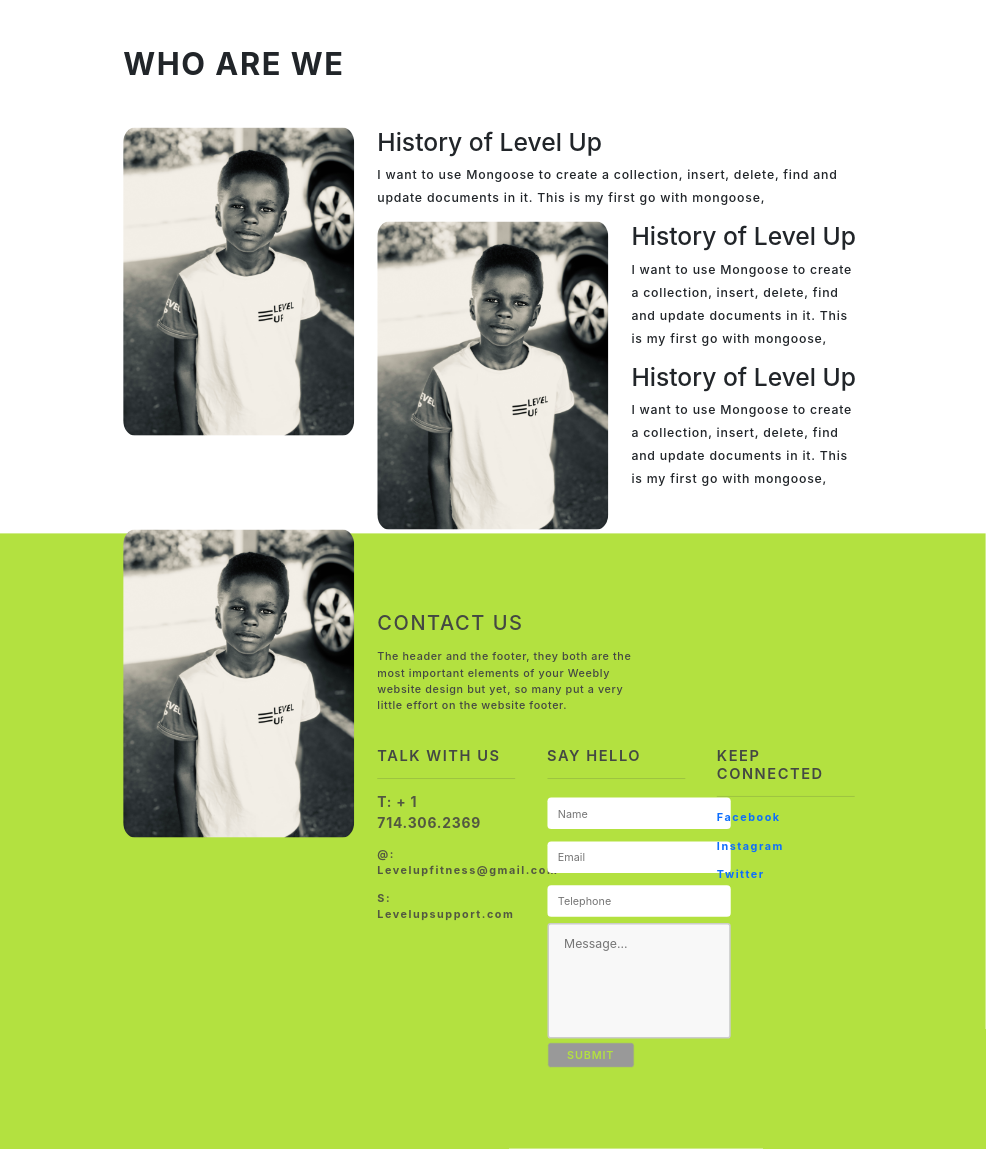
Repository: Bojurie/Level-up
Page: /about (app in client/)
The author's editor kept a copy of each file at every save. The page is drawn from the files as they stood at one save, then again after the next save.
The browser window is 1280 px wide. The pictures show the part of the page from y = 314 to 1859 px (the page is 1806 px tall before and 1859 px after), at 77% of full size.
Some web fonts or font styles are not loaded; a fallback is used. Some web libraries are served in a nearby version. The project was rebuilt for these pictures with package versions that can differ from the ones it lists, and the page was loaded fresh each time. Also part of the build but not shown: client/src/components/Carousel.js, client/src/components/HomeVlog.css, client/src/components/HomeVlog.js, client/src/components/homeProducts.css, client/src/components/HomeProducts.js, client/src/components/Card.js, client/src/components/HomeShop.css, client/src/components/HomeShop.js and 10 more. Imported but missing from the stored project, and not drawn on this page: client/src/components/Chart.

Above is the page before, as saved 2022-11-30 06:57:47.

### client/public/index.html
<!DOCTYPE html>
<html lang="en">
  <head>
    <meta charset="utf-8" />
    <link rel="icon" href="%PUBLIC_URL%/favicon.ico" />
    <meta name="viewport" content="width=device-width, initial-scale=1" />
    <meta name="theme-color" content="#000000" />
    <meta
      name="description"
      content="Web site created using create-react-app"
    />
    <link rel="apple-touch-icon" href="%PUBLIC_URL%/logo192.png" />
    <link rel="manifest" href="%PUBLIC_URL%/manifest.json" />

    <link rel="preconnect" href="https://fonts.googleapis.com" />
    <link rel="preconnect" href="https://fonts.gstatic.com" crossorigin />
    <link
      href="https://fonts.googleapis.com/css2?family=Asap+Condensed:ital,wght@0,400;0,500;1,400&family=Chivo:wght@300;400&family=Jura:wght@300;400;500;600;700&family=Lato:ital,wght@0,400;0,700;1,400&family=Nunito+Sans:wght@400;600&family=Oswald:wght@300;500;700&family=Playball&family=Roboto:ital,wght@0,400;0,500;1,500&family=Wallpoet&display=swap"
      rel="stylesheet"
    />

    <link
      rel="stylesheet"
      href="https://cdn.jsdelivr.net/npm/bootstrap@5.1.3/dist/css/bootstrap.min.css"
      integrity="sha384-1BmE4kWBq78iYhFldvKuhfTAU6auU8tT94WrHftjDbrCEXSU1oBoqyl2QvZ6jIW3"
      crossorigin="anonymous"
    />
    <script
      src="https://kit.fontawesome.com/5ffdb52964.js"
      crossorigin="anonymous"
    ></script>
    <title>React App</title>
    <script
      src="https://kit.fontawesome.com/5ffdb52964.js"
      crossorigin="anonymous"
    ></script>
  </head>
  <body>
    <noscript>You need to enable JavaScript to run this app.</noscript>
    <div id="root"></div>
    <!--
      This HTML file is a template.
      If you open it directly in the browser, you will see an empty page.

      You can add webfonts, meta tags, or analytics to this file.
      The build step will place the bundled scripts into the <body> tag.

      To begin the development, run `npm start` or `yarn start`.
      To create a production bundle, use `npm run build` or `yarn build`.
    -->
  </body>
</html>

### client/src/App.js
import React from 'react';
// import { BrowserRouter as Router, Route, Routes } from 'react-router-dom';
import { BrowserRouter as Router, Route, Routes} from 'react-router-dom'


import Home from './pages/Home';
import About from './pages/About';
import Shop from './pages/Shop';
import Contact from './pages/Contact';
import Navbar from './components/Navbar';
import Footer from './components/Footer';
import LogIn from './pages/LogIn';
import Register from './pages/Register';
import Chart from './components/Chart';
import Vlog from './pages/Vlog';

import {DataProvider} from './components/Context'


function App() {

  return (
        <Router>
          <DataProvider>
          <Navbar />
          <Routes>
              <Route path='/' element={<Home />} />
              <Route path='/about' element={<About />} />
              <Route path='/contact' element={<Contact />} />
              <Route path='/shop' element={<Shop />} />
              <Route path='/vlog' element={<Vlog />} />
              <Route path='/login' element={<LogIn/>} />
              <Route path='/register' element={<Register />} />
              <Route path='/chart' element={<Chart/>} />
          </Routes>
          <Footer />
          </DataProvider>
        </Router>
  );
}

export default App;

### client/src/pages/About.js
import React from 'react';
import './About.css';

import DarkImage from '../images/IMG_5367.jpg'
import { FormTitle } from '../components/FormTitle';
const imgse = DarkImage;

const About = () => {

  return (
    <div className='about'>
    <FormTitle className="sign-in-form__title" />
      <div className=''>
          <div className='aboutContainer'>
            <h1> Who Are We </h1>
            <div className='aboutContent'>
              <div className='aboutParagraph'>
                <div className='AboutUs-content'>
                    <div className='AboutHistory'>
                        <div className='history-img'>
                            <img src={imgse} alt='img'/>
                        </div>
                        <div className='history-content'>
                          <h2>History of Level Up</h2>
                          <p>I want to use Mongoose to create a collection, insert, delete, find and update documents in it. This is my first go with mongoose,</p>
                        </div>
                    </div>
                    <div className='AboutGoal'>
                        <div className='history-img'>
                            <img src={imgse} alt='img'/>
                        </div>
                        <div className='history-content'>
                          <h2>History of Level Up</h2>
                          <p>I want to use Mongoose to create a collection, insert, delete, find and update documents in it. This is my first go with mongoose,</p>
                        </div>
                    </div>
                    <div className='Aboutproduct'>
                        <div className='history-img'>
                            <img src={imgse} alt='img'/>
                        </div>
                        <div className='history-content'>
                          <h2>History of Level Up</h2>
                          <p>I want to use Mongoose to create a collection, insert, delete, find and update documents in it. This is my first go with mongoose,</p>
                        </div>
                    </div>

                </div>



              </div>
            </div>
          </div>
      </div>
    </div>
  );
}

export default About;

### client/src/components/Navbar.js
import React from 'react';
import { Link } from 'react-router-dom';

import './Navbar.css'
import Logo from '../images/Logo.png'



const Navbar = () => {
  return (
    <nav className='navbar'>
      <div className='navbar-wrapper'>
        <Link to='/' className='logo'>
            <img src={Logo} alt='logo' />
        </Link>
        <ul className='navbar-links'>
            <Link to='/' >Home </Link>
            <Link to='/shop'> Shop</Link>
            <Link to='/Vlog'> V-Log</Link>
            <Link to='/about'> About</Link>
            <Link to='/contact'> Contact</Link>
            <Link to='/login'> Login </Link>
            <Link to='/register'>SignUp</Link>
            <Link to='/chart'><i class="fa-solid fa-cart-shopping"></i></Link>

        </ul>
      </div>

    </nav>
  );
}

export default Navbar;

### client/src/components/Footer.js
import React from 'react';
import { Link } from 'react-router-dom';
  import { FontAwesomeIcon } from '@fortawesome/react-fontawesome'
  import { instagram } from '@fortawesome/free-solid-svg-icons'

import './Footer.css';

const Footer = () => {
  return (
    <div className='footer'>
      <div className='footer-wrapper'>
        <div className='footer-header-wrapper'>
          <div className='footer-header'>
            <h1>Contact Us</h1>
          </div>
          <div className='footer-paragraph'>
            <p>The header and the footer, they both are the most important elements of your Weebly website design but yet, so many put a very little effort on the website footer.</p>
          </div>

        </div>
        <div className='footer-nav-content'>
            <div className='footer-navs-left'>
              <h3>Talk With Us</h3><hr/>
              <div className='footer-contact'>
                <div className='tel'>
                  <p>T: + 1 714.306.2369</p>
                </div>
                <div className='email'>
                  <p>@: Levelupfitness@gmail.com</p>
                </div>
                <div className='support'>
                  <p>S: Levelupsupport.com</p>
                </div>

              </div>

            </div>
            <div className='footer-navs-middle'>
                <h3>Say Hello</h3><hr/>
              <div className='footer-form'>

                  <form className='form'>
                    <input type='text' placeholder=' Name' />
                    <input type='text' placeholder=' Email' />
                    <input type='text' placeholder=' Telephone' />
                    <textarea placeholder='Message...' />
                  </form>
                  <div className='form-btn'>
                    <input type='submit' placeholder='' />
                  </div>

              </div>
            </div>
            <div className='footer-navs-right'>
              <h3>Keep Connected</h3><hr/>
              <div className='social-media'>
                <p><Link to='/'>Facebook</Link></p>
                <p><Link to='/'><FontAwesomeIcon icon="fa-brands fa-instagram" /> Instagram</Link></p>
                <p><Link to='/'>Twitter</Link></p>

              </div>

            </div>
        </div>


      </div>
    </div>
  );
}

export default Footer;

### client/src/components/Context.js
import React,{Component} from 'react';
export const DataContext = React.createContext();

export class DataProvider extends Component {
  constructor(props) {
    super(props)

    this.state = {
       products: [
         {
          "_id": "1",
          "title": "Level-Up Sweat Pant",
          "src": "https://images.unsplash.com/photo-1618354691373-d851c5c3a990?ixlib=rb-1.2.1&ixid=MnwxMjA3fDB8MHxwaG90by1wYWdlfHx8fGVufDB8fHx8&auto=format&fit=crop&w=658&q=80",
          "description": "Classic fit for running and outdoor activities.",
          "price": 39,
          "colors": ["red", "blue", "black"],
          "count": 2,
         },
         {
          "_id": "2",
          "title": "Kids Level-Up SweatPant",
          "src": "https://images.unsplash.com/flagged/photo-1555895312-bbc472c964f3?ixlib=rb-1.2.1&ixid=MnwxMjA3fDB8MHxwaG90by1wYWdlfHx8fGVufDB8fHx8&auto=format&fit=crop&w=388&q=80",
          "description": "Kids track sweatsuit for running or leisure activities",
          "price": 20,
          "colors": ["red", "blue", "black"],
          "count": 2,
         },
         {
          "_id": "3",
          "title": "Level Up Tank Top",
          "src": "https://images.unsplash.com/photo-1618354691373-d851c5c3a990?ixlib=rb-1.2.1&ixid=MnwxMjA3fDB8MHxwaG90by1wYWdlfHx8fGVufDB8fHx8&auto=format&fit=crop&w=658&q=80",
          "description": "description",
          "price": 20,
          "colors": ["red", "blue", "black"],
          "count": 2,
         },
         {
          "_id": "4",
          "title": "Level Up T-Shirt",
          "src": "https://images.unsplash.com/photo-1618354691373-d851c5c3a990?ixlib=rb-1.2.1&ixid=MnwxMjA3fDB8MHxwaG90by1wYWdlfHx8fGVufDB8fHx8&auto=format&fit=crop&w=658&q=80",
          "description": "description",
          "price": 20,
          "colors": ["red", "blue", "black"],
          "count": 2,
         },
         {
          "_id": "5",
          "title": "Level Up Sweater",
          "src": "https://images.unsplash.com/photo-1618354691373-d851c5c3a990?ixlib=rb-1.2.1&ixid=MnwxMjA3fDB8MHxwaG90by1wYWdlfHx8fGVufDB8fHx8&auto=format&fit=crop&w=658&q=80",
          "description": "description",
          "price": 20,
          "colors": ["red", "blue", "black"],
          "count": 2,
         },
         {
          "_id": "6",
          "title": "Level Up Embroidery Shirt",
          "src": "https://images.unsplash.com/photo-1618354691373-d851c5c3a990?ixlib=rb-1.2.1&ixid=MnwxMjA3fDB8MHxwaG90by1wYWdlfHx8fGVufDB8fHx8&auto=format&fit=crop&w=658&q=80",
          "description": "description",
          "price": 20,
          "colors": ["red", "blue", "black"],
          "count": 2,
         },
       ]
    }
  }

  render(){
    const {products} = this.state;
    return(
      <DataContext.Provider value={{products}}>
        {this.props.children}
      </DataContext.Provider>
    )
  }
}
export default DataProvider;

### client/src/pages/About.css
.aboutContainer h1 {
  padding: 20px 0 50px 0;
  text-transform: uppercase;
  font-weight: bold;
  letter-spacing: 2px;
}

.aboutContainer {
  padding: 40px 160px;
}

.aboutParagraph p {
  letter-spacing: 1px;
  line-height: 30px;
  font-weight: 500;
}

.aboutParagraph img {
 width: 300px;
  border-radius: 5%;
  float: left;
  margin: 0 30px 0 0;
}

### client/src/components/FormTitle.js
import React from "react";
import './FormTitle.css';

export function FormTitle(props) {
  const { className, text } = props;
  return <h1 className={`${className} form-title`}>{text}</h1>;
}

### client/src/components/Navbar.css
.logo img {
  width: 250px;
}

.navbar {
  padding-top: 0;
  display: contents;
}

.navbar-wrapper {
  display: flex;
  /* justify-content: center; */
  align-items: center;
  height: 90px;
  background: #b3e140;
  padding: 0 50px;
  justify-content: space-between;
}

.navbar-links {
  margin-bottom: 0;
}

.navbar-links a {
  font-size: 14px;
  letter-spacing: 2px;
  font-weight: 700;
  text-transform: capitalize;
  margin: 0 10px;
  color: rgb(68, 72, 67);

}

a {
  list-style: none;
  text-decoration: none;
}

### client/src/components/Footer.css
.footer {
  background-color: #b3e140;
      font-size: 14px;
    letter-spacing: 2px;
    font-weight: 700;

    color: rgb(68, 72, 67);
}
.footer-header h1 {
 font-size: 26px;
 text-transform: uppercase;
 letter-spacing: 2px;
}

.footer-navs {
  text-decoration: none;
  list-style-type: none;

}
.footer-navs li{
  padding: 10px 0;
  letter-spacing: 1px;
  text-transform: uppercase;
  font-weight: 600;

}
.footer-wrapper {
  padding: 100px 160px;
}

.footer-contact {



}
.footer-nav-content p {
 color: #424141db;
}
.footer-contact > .tel p{
    font-size: 18px;
    letter-spacing: 1px;

}
.footer-contact > .email p{
    font-size: 14px;
    /* letter-spacing: 2px; */
}
.footer-contact > .support p{
    font-size: 14px;
    letter-spacing: 2px;
}
.footer-paragraph {
  width: 70%;
  letter-spacing: .8px;
  font-weight: 500;
  padding: 10px 0;
}
.footer-wrapper h3{
 text-transform: uppercase;
 letter-spacing: 2px;
 font-size: 19px;
 font-weight: 600;

}

.footer-nav-content {
  display: flex;
  justify-content: space-between;
}



.footer-navs-left,
.footer-navs-middle,
.footer-navs-right{

  padding: 20px 10px 0 0;
  border-radius: 10px;
}

.footer-form {
  background-color: none !important;
}

/* footer Left section */
.footer-navs-left {
  width: 30%;
}

/* footer Middle section */
.footer-navs-middle {
 width: 30%;
}

.form {
  display: grid;
}
.form input {
  padding: 10px ;
  margin: 8px 0;
  border-radius: 5px;
  border: none;
}
.form input:focus {
  border: none;
}

.form textarea {
   width: 100%;
  height: 150px;
  padding: 12px 20px;
  box-sizing: border-box;
  border: 2px solid #ccc;
  border-radius: 4px;
  background-color: #f8f8f8;
  font-size: 16px;
  resize: none;
}
.form input:active {

  border: 1px solid rgb(241, 234, 234);

}
.form-btn {

}
.form-btn input {
     padding: 5px 25px;
    margin: 5px 0;
    border-radius: 4px;
    background-color: #999999;
    border: 1px solid  #b3e140;
    color: #b3e140;
    letter-spacing: 1.1px;
    font-weight: 600;
    text-transform: uppercase;
}

.footer-navs-right {
  width: 30%;
}

### client/src/components/Carousel.css
 .d-block {
   width: 100%;
   /* object-fit: cover; */
   /* object-position: 50% 50%; */
   /* background-size: contain;
   background-repeat: no-repeat; */
 }


 img {

   max-width: 100%;
   max-height: 100%;
   object-fit: cover;
   background-repeat: no-repeat;
 }

 .carousel-item img {
   width: 1000px;
   height: 500px;
 }

 .carousel-caption {
   top: 50%;
 }

 .carousel {
   object-fit: contain;
 }

### client/src/components/FormTitle.css
.form-title {
  font-size: 3rem;
  font-weight: 700;
  line-height: 2rem;
  margin: auto 0;
  color: white;
  background-image: url('https://images.unsplash.com/photo-1581397867105-8c988bd747e6?ixlib=rb-4.0.3&ixid=MnwxMjA3fDB8MHxwaG90by1wYWdlfHx8fGVufDB8fHx8&auto=format&fit=crop&w=1170&q=80') ;
    background-repeat: no-repeat;
  background-position: center;
  background-size: cover;
  padding: 7rem 0 7rem 10rem;
  letter-spacing: 5px;
  text-transform: uppercase;
  display: flex;
  justify-content: flex-start;

}
.form-title h1{


}


.shopForm-title {
 font-size: 3rem;
  font-weight: 700;
  line-height: 2rem;
  letter-spacing: 5px;
  text-transform: uppercase;
  display: flex;
  margin: auto 0;
   background-image: url('https://images.unsplash.com/photo-1581397867105-8c988bd747e6?ixlib=rb-4.0.3&ixid=MnwxMjA3fDB8MHxwaG90by1wYWdlfHx8fGVufDB8fHx8&auto=format&fit=crop&w=1170&q=80') ;
    background-repeat: no-repeat;
  background-position: center;
  background-size: cover;

  padding: 7rem 0 7rem 10rem;
  justify-content: flex-start;

}
.FormTitleLogin-title {
  font-size: 3rem;
  font-weight: 700;
  line-height: 2rem;
  padding: 6rem 0;
  letter-spacing: 5px;
  text-transform: uppercase;
  display: flex;
  justify-content: center;
  margin: auto 0;
   background-image: url('https://images.unsplash.com/photo-1609770231080-e321deccc34c?ixlib=rb-4.0.3&ixid=MnwxMjA3fDB8MHxwaG90by1wYWdlfHx8fGVufDB8fHx8&auto=format&fit=crop&w=765&q=80') ;
    background-repeat: no-repeat;
  background-position: center;
  background-size: cover;

}
.ContactForm-title {
 /* font-size: 3rem;
  font-weight: 700;
  line-height: 2rem;
  text-transform: uppercase; */
  display: flex;
  margin: auto 0;
   background-image: url('https://images.unsplash.com/photo-1587560699334-bea93391dcef?ixlib=rb-4.0.3&ixid=MnwxMjA3fDB8MHxwaG90by1wYWdlfHx8fGVufDB8fHx8&auto=format&fit=crop&w=1170&q=80') ;
    background-repeat: no-repeat;

 padding: 7rem 0 7rem 10rem;
  letter-spacing: 5px;
  justify-content: flex-start;

}
.RegisterForm-title {
  font-size: 3rem;
  font-weight: 700;
  line-height: 2rem;
  padding: 6rem 0;
  letter-spacing: 5px;
  text-transform: uppercase;
  display: flex;
  justify-content: center;
  margin: auto 0;
   background-image: url('https://images.unsplash.com/photo-1563906267088-b029e7101114?ixlib=rb-4.0.3&ixid=MnwxMjA3fDB8MHxwaG90by1wYWdlfHx8fGVufDB8fHx8&auto=format&fit=crop&w=1170&q=80') ;
    background-repeat: no-repeat;
  /* background-position: bottom; */
  /* background-size: cover; */
    /* background-attachment: */


}
.VlogForm_title h1{


}
.VlogForm_title {
  /* font-size: 3rem;
  font-weight: 700;
  line-height: 2rem; */
  padding: 7rem 0 7rem 10rem;
  letter-spacing: 5px;
  text-transform: uppercase;
  display: flex;
  justify-content: flex-start;
  margin: auto 0;
   background-image: url('https://images.unsplash.com/photo-1440778303588-435521a205bc?ixlib=rb-4.0.3&ixid=MnwxMjA3fDB8MHxwaG90by1wYWdlfHx8fGVufDB8fHx8&auto=format&fit=crop&w=1470&q=80') ;
    background-repeat: no-repeat;
  background-position: center;
  background-size: cover;

}

@media screen and (max-width: 414px) {
  .form-title {
    padding: 4rem 1rem;

  }

}

### client/src/components/auth/LoginForm.css
.loginForm-wrapper {
  text-align: center;
    justify-content: center;
    width: 600px;
    margin: auto;
    padding: 90px 0;

}
.login-header {
  text-transform: uppercase;
  letter-spacing: 2px;
  font-weight: 600;
}


form {
  display: grid;
}

.loginForm-header {
  font-size: 20px;
}

.loging
form input {
  margin: 5px 0;
  padding: 10px;
  border-radius: 10px;
  border: 1px solid white;
  background-color: rgba(243, 247, 255, 0.715) !important;
}
form input:focus{
  border: 2px solid green;
}
form > .loginBtn > input{
  padding: 8px;
  width: 100%;
  background-color:#999999!important;
  color: #ccf368;
  font-weight: 700;
  border: none;
  margin:5px 0 ;
  font-size: 20px;
  letter-spacing: 3px;
}

### client/src/components/auth/registerForm.css

.registerForm-wrapper {
  text-align: center;
    justify-content: center;
    width: 600px;
    margin: auto;
    padding: 90px 0;

}
.login-header {
  text-transform: uppercase;
  letter-spacing: 2px;
  font-weight: 600;
}


form {
  display: grid;
}

.loginForm-header {
  font-size: 20px;
}

.register
form input {
  margin: 5px 0;
  padding: 10px;
  border-radius: 10px;
  border: 1px solid white;

}
form input:focus{
  border: 2px solid green;
}
form > .loginBtn > input{
  padding: 8px;
  width: 100%;
  background-color: #b3e140 !;
  border: none;
  margin:5px 0 ;
}

Loaded but not shown: client/src/index.js (common file); client/src/index.css (common file)

After the next save:
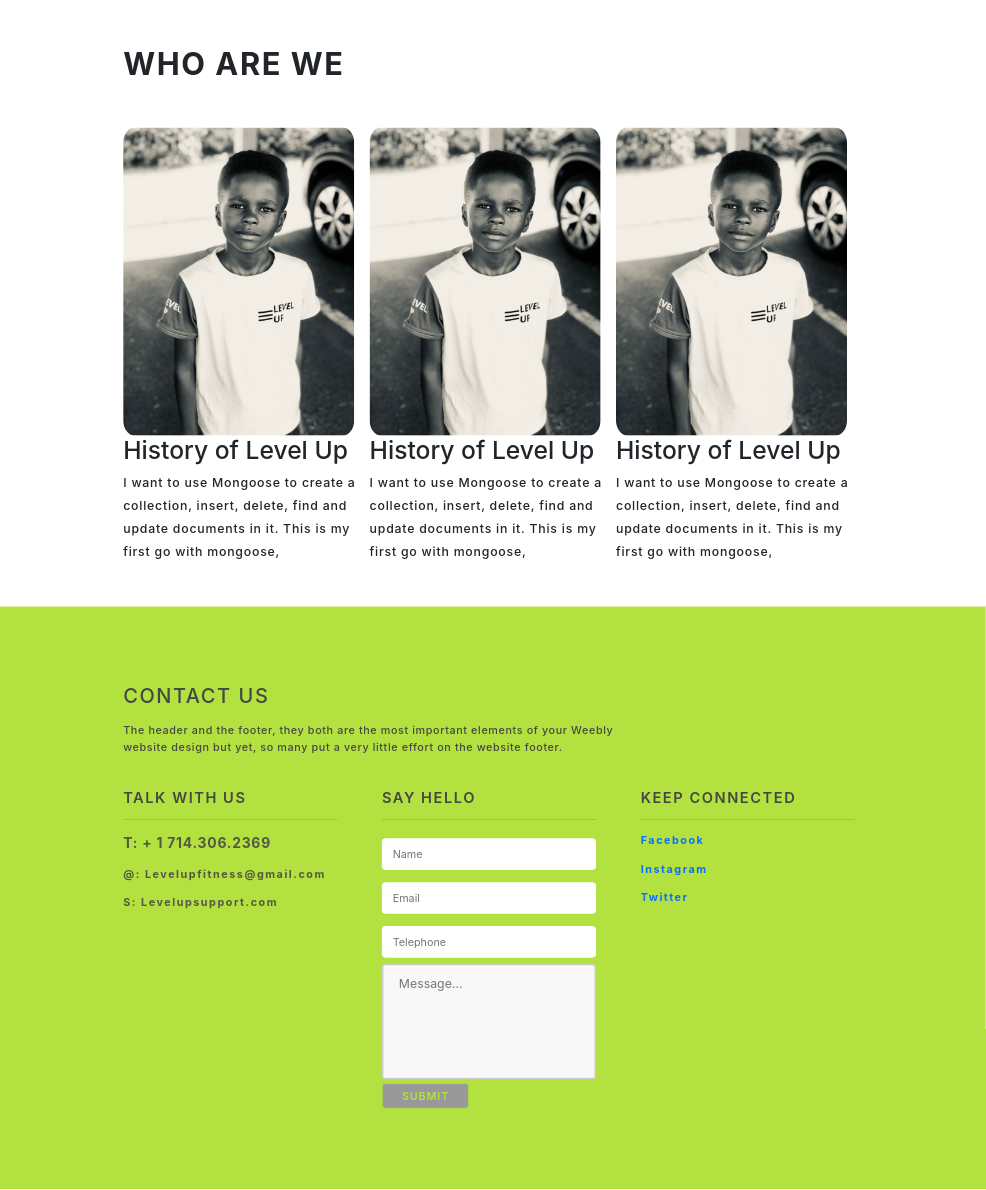
Saved 9 s later.
--- a/client/src/pages/About.css
+++ b/client/src/pages/About.css
@@ -21,3 +21,7 @@
   float: left;
   margin: 0 30px 0 0;
 }
+
+.AboutUs-content {
+  display: flex;
+}
